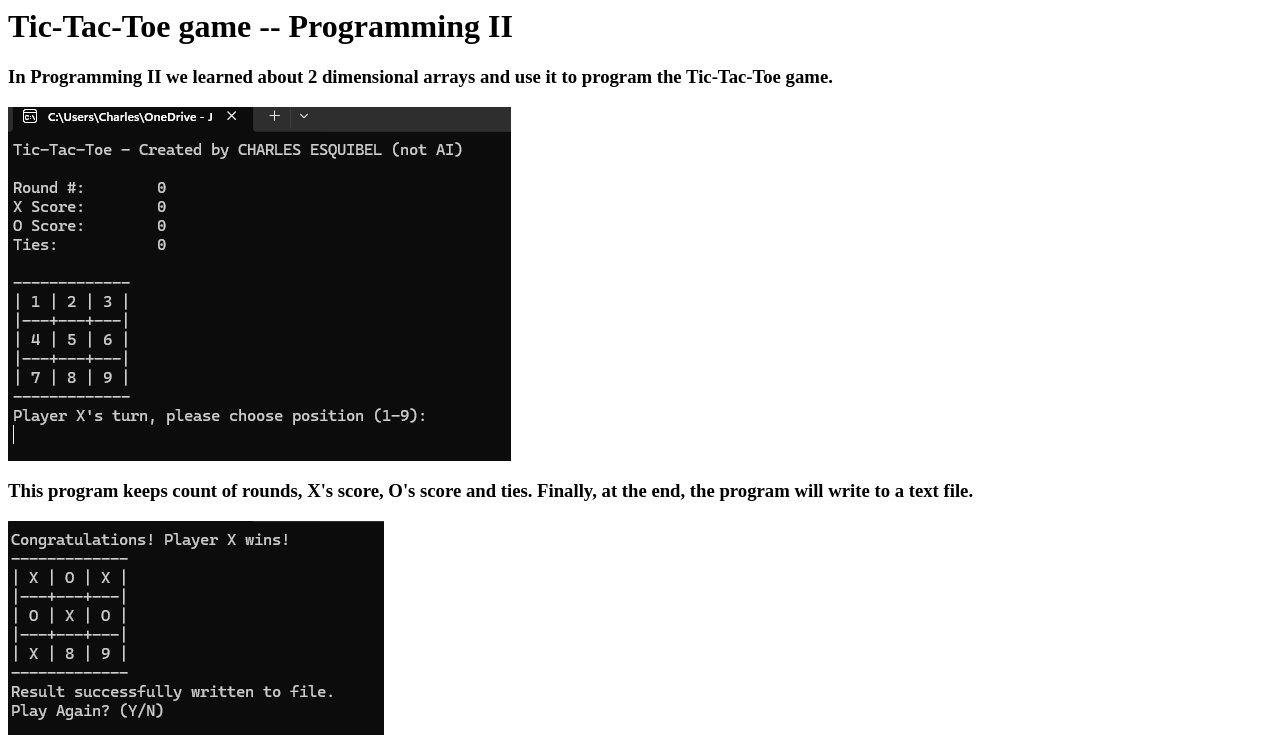
Repository: vGitCharles/vGitCharles
Page: pages/TicTacToe.html
An editor plug-in stored every save of this project. The page is shown before and after the next save, followed by the edit.
The browser window is 1280 px wide. The pictures show the whole page.

Above is the page before, as saved 2026-05-15 23:08:05.

After the next save:
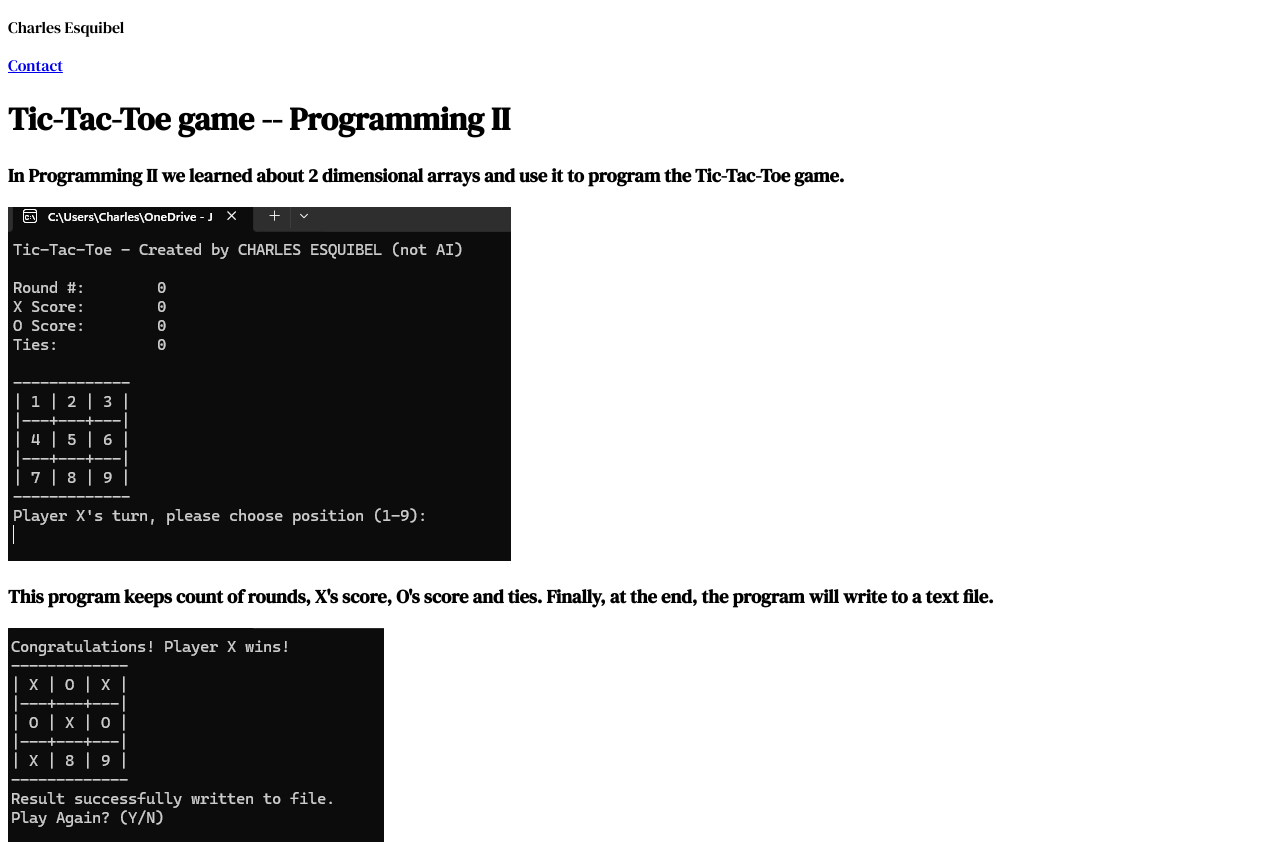
Saved 10 min 42 s later.
--- a/pages/TicTacToe.html
+++ b/pages/TicTacToe.html
@@ -1,4 +1,25 @@
-<h1>
+<!DOCTYPE html>
+<html lang="en">
+<head>
+    <meta charset="UTF-8">
+    <meta name="viewport" content="width=device-width, initial-scale=1.0">
+    <link rel="stylesheet" href="../styles/globals.css">
+    <link rel="stylesheet" href="../styles/index.css">
+    <title>TicTacToe</title>
+</head>
+<body>
+    <header class="topbar">
+        <button class="hamburger" id="hamburger" aria-label="Open Navigation" aria-expanded="false" aria-controls="sidebar">
+            <span></span>
+            <span></span>
+            <span></span>
+        </button>
+        <p class="topbar__name">Charles Esquibel</p>
+        <a class="topbar__email" href="mailto:esquibelcharles@gmail.com">Contact</a>
+    </header>
+
+
+    <h1>
     Tic-Tac-Toe game -- Programming II
 </h1>
 <p>
@@ -15,3 +36,5 @@
     </h3>
 </p>
 <img src="/assets/images/TicTacToe2.png" alt="Tic Tac Toe end result">
+</body>
+</html>
